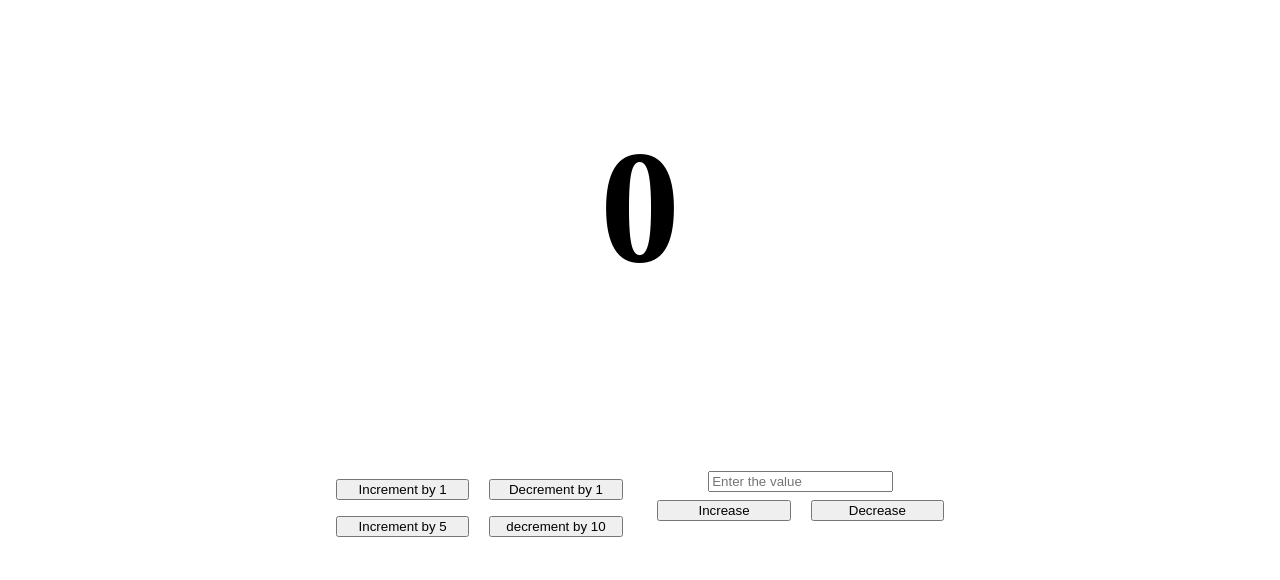
Repository: drumsmanku/micro-project-2
Page: index.html
An editor plug-in stored every save of this project. The page is shown before and after the next save, followed by the edit.
The browser window is 1280 px wide. The pictures show the whole page.

Above is the page before, as saved 2023-04-07 19:46:52.

### index.html
<!DOCTYPE html>
<html lang="en">
<head>
  <meta charset="UTF-8">
  <meta http-equiv="X-UA-Compatible" content="IE=edge">
  <meta name="viewport" content="width=device-width, initial-scale=1.0">
  <link rel="stylesheet" href="style.css">
  <title>micro Project 2</title>
</head>
<body>
  <div class="my-elements">
    <h1 id="h1-tag">0</h1>
    <div class="second-part">
      <div class="second-first-part">
        <div class="just-1">
          <button id="clicked-1">Increment by 1</button>
          <button id="clicked-2">Decrement by 1</button>
        </div>
        <div class="just-2">
          <button id="clicked-3">Increment by 5</button>
          <button id="clicked-4">decrement by 10</button>
        </div>

      </div>
      <div class="second-second-part">
        <input type="number" name="num" id="num" placeholder="Enter the value">
        <div class="inc">
          <button id="inc-dec-1">Increase</button>
          <button id="inc-dec-2">Decrease</button>
        </div>

      </div>

    </div>
  </div>
</body>
</html>

### style.css
.my-elements{
  display: flex;
  justify-content: center;
  text-align: center;
  flex-direction: column;
}
.my-elements h1{
  font-size: 10rem;
}

.second-part{
  display: flex;

  flex-wrap: wrap;
  margin-top: 4rem;
  justify-content: space-between;
}

.second-first-part{
  display: flex;
  flex-direction: column;
  margin-left: 20rem;

}

.second-first-part button{
  width: 10em;
  margin: 0.5rem;
}

.second-second-part{
  display: flex;
  flex-direction: column;
  margin-right: 20rem;
  align-items: center;
}

.second-second-part button{
  width: 10em;
  margin: 0.5rem;
}
..second-second-part input{
  width: 1.5rem;
  margin-bottom: 20px;
}

After the next save:
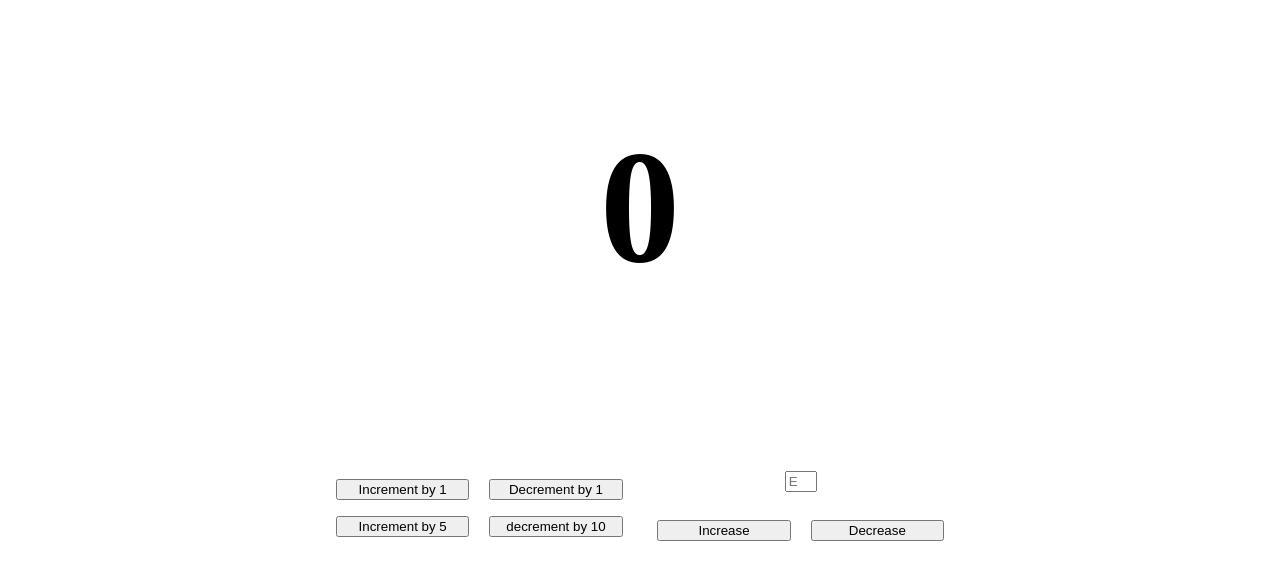
Saved 18 s later.
--- a/style.css
+++ b/style.css
@@ -39,7 +39,7 @@
   width: 10em;
   margin: 0.5rem;
 }
-..second-second-part input{
+.second-second-part input{
   width: 1.5rem;
   margin-bottom: 20px;
 }
